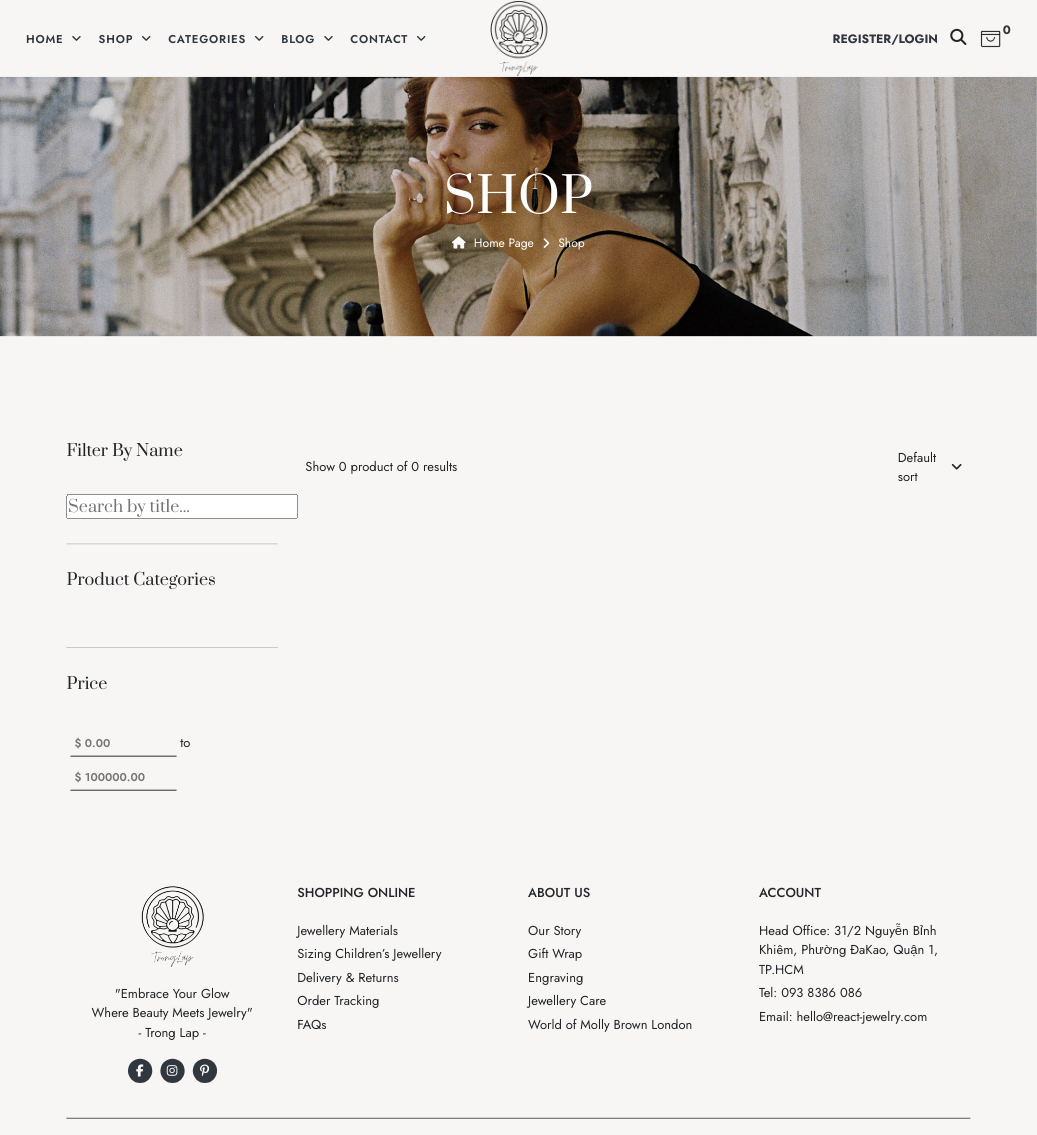
Repository: tronglap/react-jewelry
Page: /list-product
The author's editor kept a copy of each file at every save. The page is drawn from the files as they stood at one save, then again after a run of saves.
The browser window is 1280 px wide. The pictures show the whole page, at 81% of full size.
The page's requests for data from a server got no answer. The project was rebuilt for these pictures with package versions that can differ from the ones it lists, and the page was loaded fresh each time. No one was signed in, and anything a server would have sent is missing. Also part of the build but not shown: src/component/Button/Button.css, src/component/Button/Button.js, src/component/SliderBar/SliderBar.css, src/component/SliderBar/SliderBar.js, src/component/Home/WWD/WWD.css, src/component/Home/WWD/WWD.js, src/component/Home/Home.css, src/component/Home/Categories/Categories.js and 14 more.

Above is the page before, as saved 2024-03-26 20:24:59.

After the next 2 saves:
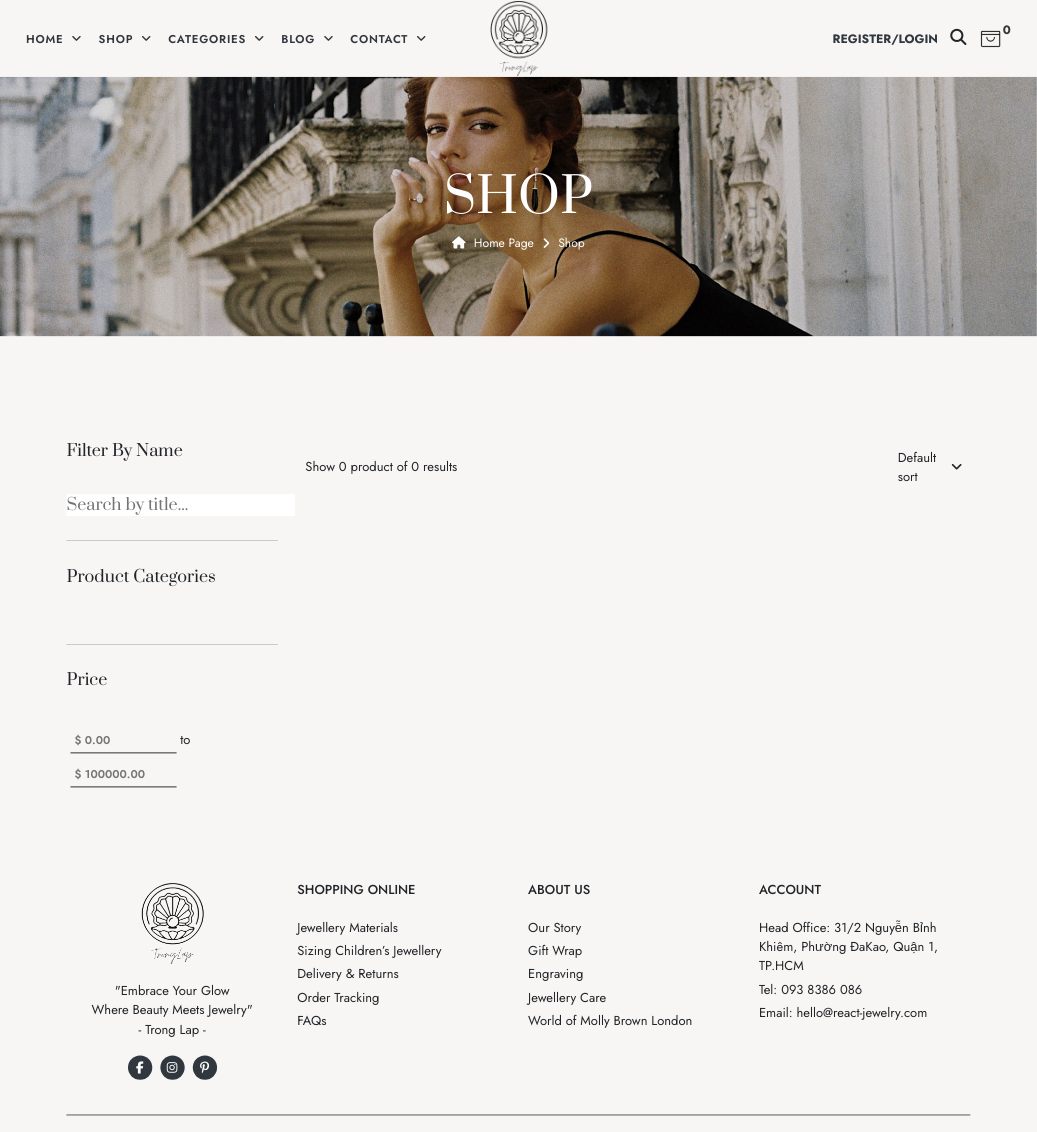
The 2 saves are shown as one change because they came seconds apart.
The last was saved 11 s later.
--- a/src/component/ListProduct/ListProduct.css
+++ b/src/component/ListProduct/ListProduct.css
@@ -18,7 +18,10 @@
     padding-bottom: 30px;
 }
 
-.ListProduct .box_product .FBN input {}
+.ListProduct .box_product .FBN input {
+    border: none;
+
+}
 
 
 .ListProduct .box_product .Product_Categories {
